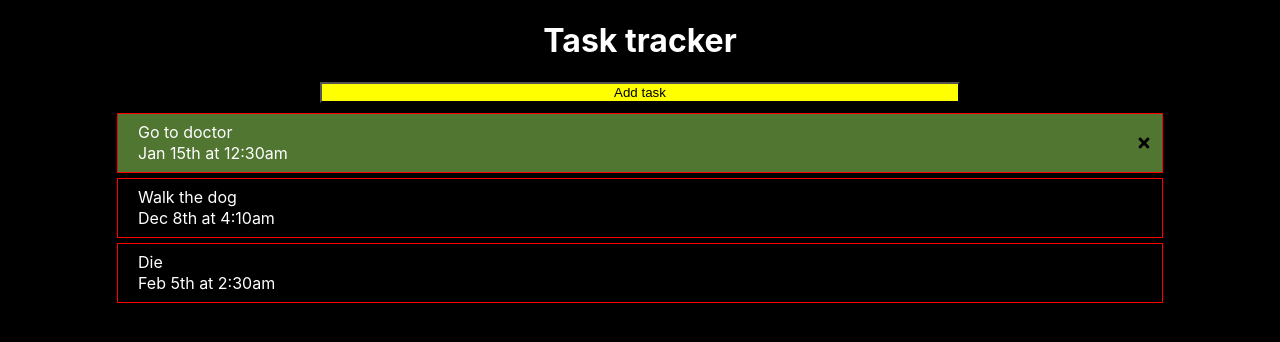
Repository: roscaImarius/task-tracker-react
Page: /
An editor plug-in stored every save of this project. The page is shown before and after the next save, followed by the edit.
The browser window is 1280 px wide. The pictures show the whole page.
The project was rebuilt for these pictures with package versions that can differ from the ones it lists, and the page was loaded fresh each time. Also part of the build but not shown: src/components/AddTask.js.

Above is the page before, as saved 2021-03-31 12:49:41.

### src/App.js
import "./App.css";
import Header from "./components/Header";
import React, { useState } from "react";

function App() {
  const [showAdd, setShowAdd] = useState(false);
  const [tasks, setTasks] = useState([
    {
      id: 1,
      text: "Go to doctor",
      day: "Jan 15th at 12:30am",
      reminder: false,
    },
    {
      id: 2,
      text: "Walk the dog",
      day: "Dec 8th at 4:10am",
      reminder: true,
    },
    {
      id: 3,
      text: "Die",
      day: "Feb 5th at 2:30am",
      reminder: true,
    },
  ]);

  // show add form
  const onClickAdd = () => {
    setShowAdd(!showAdd);
  };

  // save task
  const onSaveTask = (task) => {
    let randId = new Date().getTime();
    const newTask = { id: randId, ...task };
    console.log(newTask);
    setTasks([...tasks, newTask]);
    setShowAdd(false);
  };

  //delete task
  const onDelete = (id) => {
    setTasks(tasks.filter((t) => t.id !== id));
  };
  // Mark task
  const onDubleClick = (id) => {
    setTasks(
      tasks.map((task) =>
        task.id === id ? { ...task, reminder: !task.reminder } : task
      )
    );
  };
  return (
    <div className="App">
      <Header
        showAdd={showAdd}
        setShowAdd={setShowAdd}
        title={"Task tracker"}
        onDelete={onDelete}
        onSaveTask={onSaveTask}
        onClickAdd={onClickAdd}
        onDubleClick={onDubleClick}
        tasks={tasks}
      />
      {tasks.length === 0 ? <p>No tasks to show</p> : null}
    </div>
  );
}

export default App;

### src/App.css
.App {
  text-align: center;
}
body {
  background-color: black;
  color: white;
}

/* HEADER */
.header-container {
  display: flex;
  flex-direction: column;
}
.add-btn {
  margin: auto;
  width: 50%;
}
.task {
  display: flex;
  justify-content: space-between;
  padding-left: 20px;
  margin: auto;
  line-height: 5px;
  margin-bottom: 5px;
  border: 1px solid red;
  width: 80%;
  text-align: start;
}
.x {
  margin-right: 10px;
  color: black;
  margin: auto 5px;
  cursor: pointer;
  padding: 5px;
}
.marked {
  background-color: rgba(161, 236, 100, 0.5);
}
/* FORM */
.form-field {
  margin: 0 auto;
  display: flex;
  flex-direction: column;
  text-align: start;
  width: 80%;
  box-sizing: border-box;
}
.form-container {
  margin: auto;
  width: 70%;
  display: inline-block;
  padding: 10px;
  border: 1px solid gray;
  margin-bottom: 10px;
}

### src/components/Header.js
import React from "react";
import PropTypes from "prop-types";
import Tasks from "./Tasks";
import Button from "./Button";
import AddTask from "./AddTask";

const Header = ({
  title,
  onClickAdd,
  onDelete,
  onSaveTask,
  onDubleClick,
  tasks,
  showAdd,
  setShowAdd,
}) => {
  return (
    <header className="header-container">
      <h1>{title}</h1>
      <Button
        onClick={onClickAdd}
        showAdd={showAdd}
        setShowAdd={setShowAdd}
        color="yellow"
      />
      {showAdd && <AddTask onSaveTask={onSaveTask} />}
      <Tasks onDelete={onDelete} onDubleClick={onDubleClick} tasks={tasks} />
    </header>
  );
};

Header.defaultProps = {
  title: "Task tracker",
};

Header.propTypes = {
  title: PropTypes.string.isRequired,
};

export default Header;

### src/components/Tasks.js
import React from "react";
import Task from "./Task";

const Tasks = ({ tasks, onDubleClick, onDelete }) => {
  return (
    <div>
      {tasks.map((t) => (
        <Task
          key={t.id}
          onDubleClick={onDubleClick}
          onDelete={onDelete}
          t={t}
        />
      ))}
    </div>
  );
};

export default Tasks;

### src/components/Button.js
import React from "react";

const Button = ({ color, showAdd, onClick }) => {
  return (
    <button
      onClick={onClick}
      style={{ backgroundColor: color, marginBottom: "10px" }}
      className="add-btn"
    >
      {showAdd ? "Cancel Add task " : "Add task"}
    </button>
  );
};
Button.defaultProps = {
  color: "blue",
};

export default Button;

### src/components/Task.js
import React from "react";
import { FaTimes } from "react-icons/fa";

const Task = ({ t, onDubleClick, onDelete }) => {
  return (
    <div
      onDoubleClick={() => onDubleClick(t.id)}
      className={t.reminder ? " task" : "task marked"}
    >
      <div>
        <p>{t.text}</p>
        <p>{t.day}</p>
      </div>
      <FaTimes className="x" onClick={() => onDelete(t.id)} />
    </div>
  );
};

export default Task;

Loaded but not shown: public/index.html (common file); src/index.js (common file); src/index.css (common file); src/reportWebVitals.js (common file)

After the next save:
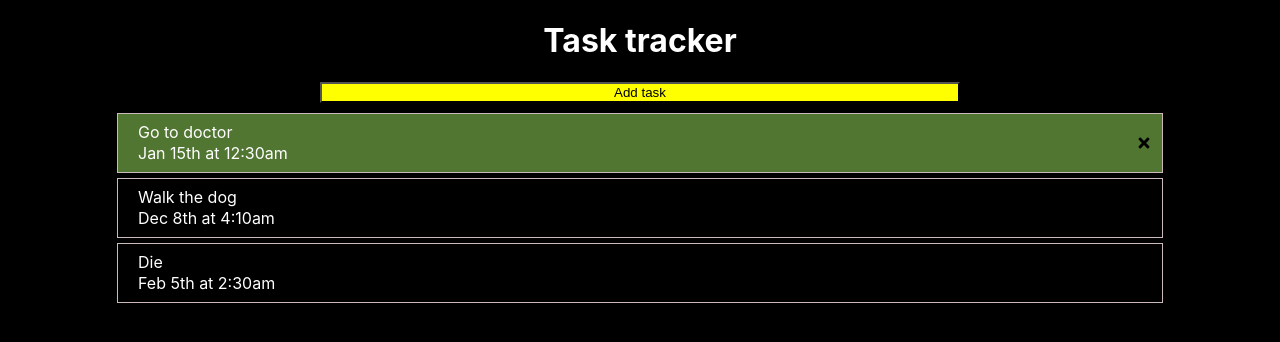
Saved 11 s later.
--- a/src/App.css
+++ b/src/App.css
@@ -22,7 +22,7 @@ body {
   margin: auto;
   line-height: 5px;
   margin-bottom: 5px;
-  border: 1px solid red;
+  border: 1px solid rgb(204, 186, 186);
   width: 80%;
   text-align: start;
 }
